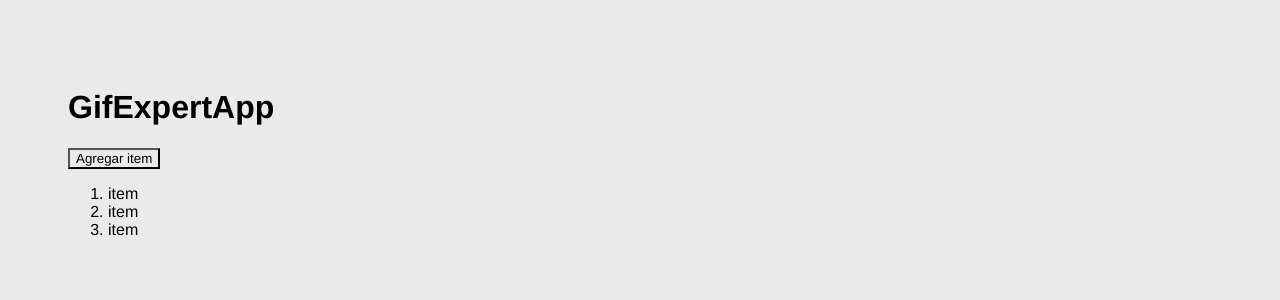
Repository: AlanColliDev/CursoReact
Page: /
An editor plug-in stored every save of this project. The page is shown before and after the next save, followed by the edit.
The browser window is 1280 px wide. The pictures show the whole page.
The project was rebuilt for these pictures with package versions that can differ from the ones it lists, and the page was loaded fresh each time. Also part of the build but not shown: vite.config.js.

Above is the page before, as saved 2022-07-07 00:43:23.

### src/main.jsx
import React from 'react';
import ReactDOM from 'react-dom/client';
import { GifExpertApp } from './GifExpertApp';
import './styles.css';

ReactDOM.createRoot(document.getElementById('root')).render(
  <React.StrictMode>
    {/* titulo de la app */}
    <GifExpertApp />
  </React.StrictMode>
)

### src/GifExpertApp.jsx
import { useState } from 'react';
/**Se le pone el JSX porque no es unicamente un archivo JS, ya que en su interior contendrá un functional component */
// import React from 'react' --despues de la v17 de react ya no es necesario estarlo importando en cada file
export const GifExpertApp = () => {

   const [categories, setCategories] = useState([ 'One Punch', 'Naruto', 'Dragon Ball' ])

   const OnAddCategory = () => {
      setCategories( [...categories, 'Ghost'] );
   }

   return (
   <>
      {/* Este es el titulo del componente */}
      <h1>GifExpertApp</h1>

      {/* Input de Buscador */}

      {/* Lista de Gif Item */}
      <button onClick={OnAddCategory}>Agregar item</button>
      <ol>
         {categories.map( item => {
            return <li key={item}>item</li>
         })}

      </ol>
         {/* Item Gif */}

   </>
  )
}

Loaded but not shown: index.html (common file); src/styles.css (common file)

After the next save:
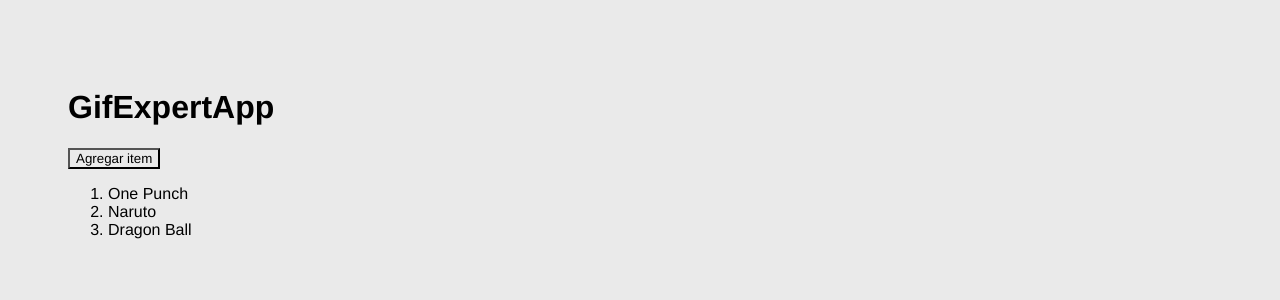
Saved 14 s later.
--- a/src/GifExpertApp.jsx
+++ b/src/GifExpertApp.jsx
@@ -20,7 +20,7 @@
       <button onClick={OnAddCategory}>Agregar item</button>
       <ol>
          {categories.map( item => {
-            return <li key={item}>item</li>
+            return <li key={item}>{item}</li>
          })}
 
       </ol>
